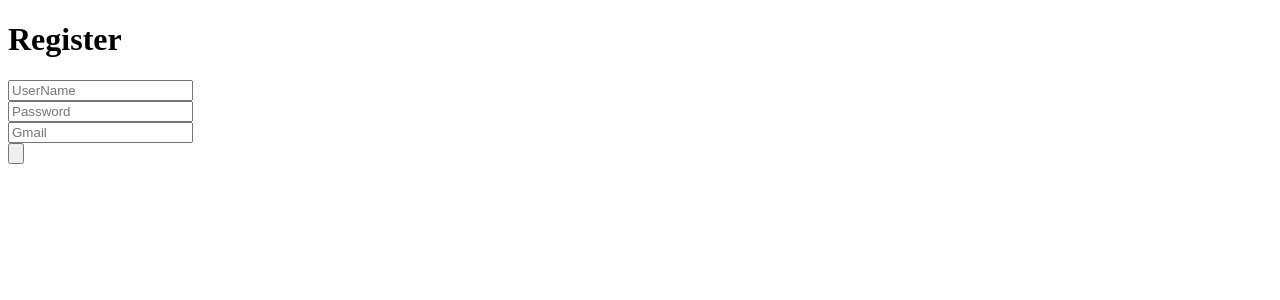
Repository: EdogawaConan2023/web-ban-hang
Page: register.html
These files come from the project's save history. The page is drawn as it stood at one moment and after the next save; the edit follows.
The browser window is 1280 px wide. The pictures show the whole page.

Above is the page before, as saved 2023-08-12 11:38:17.

After the next save:
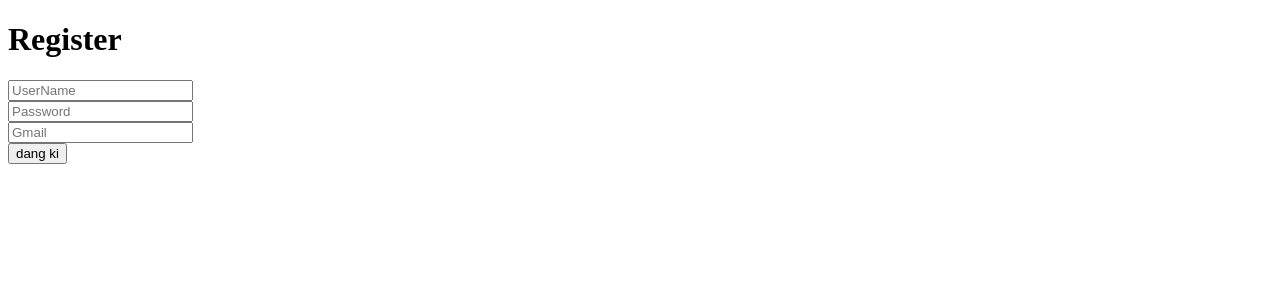
Saved 50 s later.
--- a/register.html
+++ b/register.html
@@ -13,6 +13,6 @@
     <br>
     <input type="text" id="Gmail" placeholder="Gmail"></input>
     <br>
-    <input type="button"onclick=""placeholder="enter">
+    <input type="button"onclick=""value="dang ki">
 </body>
 </html>
